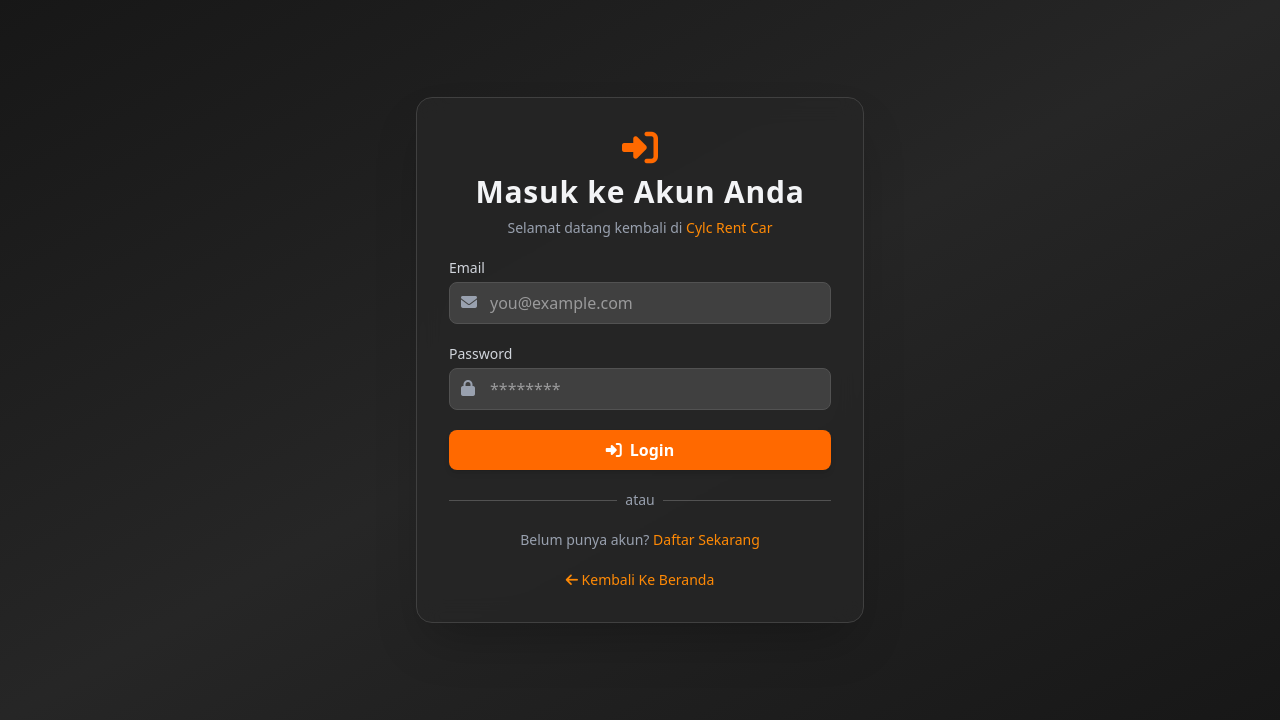
Repository: Fadlan079/FinalProject-RentalMobil
Page: http://localhost/index.php?action=login
These files come from the project's save history. The page is drawn as it stood at one moment and after the next save; the edit follows.
The browser window is 1280 px wide. The pictures show the whole page.
Some web libraries are served in a nearby version. The page is run by PHP 8.4 with error messages shown; the project is at /var/www/html/. Style sheets and scripts are compiled from the project's sources, by tool versions that may differ from the author's.

Above is the page before, as saved 2025-11-13 03:38:52.

### Public/index.php
<?php
require_once __DIR__ . '/../App/Controllers/auth-controller.php';
require_once __DIR__ . '/../App/Controllers/pelanggan-controller.php';
require_once __DIR__ . '/../App/Controllers/pegawai-controller.php';

$Authcontroller = new AUTHController;
$Pelanggancontroller = new PELANGGANController;
$Pegawaicontroller = new PEGAWAIController;

$action = $_GET['action'] ?? 'index';
$id = $_GET['id'] ?? null;

switch ($action) {

    // AUTHENTICATION
    case 'login':
        $Authcontroller->showlogin();
        break;
    case 'storelogin':
        $Authcontroller->login();
        break;
    case 'signup':
        $Authcontroller->showsignup();
        break;
    case 'storesignup':
        $Authcontroller->signup();
        break;
    case 'logout':
        $Authcontroller->logout();
        break;

    // PELANGGAN
    case 'index':
        $Pelanggancontroller->index();
        break;
    case 'store-profile-pelanggan':
        $Pelanggancontroller->Storeprofile();
        break;
    case 'detail-mobil':
        $Pelanggancontroller->detailmobil($id);
        break;
    case 'store-transaksi':
        $Pelanggancontroller->Storetransaksi();
        break;
    case 'riwayat-transaksi':
        $Pelanggancontroller->riwayatTransaksi();
        break;
    case 'updatePesanan':
        $Pelanggancontroller->updatePesanan();
        break;
    case 'deletePesanan':
        $Pelanggancontroller->deletePesanan();
        break;


    //PEGAWAI
    case 'index-pegawai':
        $Pegawaicontroller->index();
        break;

    case 'listPegawai':
        $Pegawaicontroller->listPegawai();
        break;

    case 'createPegawai':
        $Pegawaicontroller->createPegawai();
        break;

    case 'storePegawai':
        $Pegawaicontroller->storePegawai();
        break;

    // 404 Not Found
    default:
        http_response_code(404);
        include __DIR__ . '/../App/Views/errors/404.php';
        break;
    }
?>

### App/Models/user.php
<?php
require_once __DIR__ . '/../../Config/Database.php';

class User{
    private $pdo;

    public function __construct(){
        $db = new Database();
        $this->pdo = $db->getConnection();
    }

    public function Insertuser($email, $password, $jk, $role = null) {
        try {
            $hash = password_hash($password, PASSWORD_DEFAULT);

            if ($role) {
                $sql = "INSERT INTO user (email, password, jk, role) VALUES (:email, :password, :jk, :role)";
                $stmt = $this->pdo->prepare($sql);
                $stmt->bindParam(':role', $role);
            } else {
                $sql = "INSERT INTO user (email, password, jk) VALUES (:email, :password, :jk)";
                $stmt = $this->pdo->prepare($sql);
            }

            $stmt->bindParam(':email', $email);
            $stmt->bindParam(':password', $hash);
            $stmt->bindParam(':jk', $jk);

            if ($stmt->execute()) {
                // kembalikan ID user baru
                return $this->pdo->lastInsertId();
            } else {
                return false;
            }

        } catch (PDOException $e) {
            die('Gagal Menambahkan Data :' .  $e->getMessage());
        }
    }

    public function Selectuser(){
        try{
            $sql = "SELECT * FROM user";
            $data = $this->pdo->query($sql);
            return $data->fetchAll(PDO::FETCH_ASSOC);
        }catch(PDOException $e){
            die('Gagal Menampilkan Data :' .  $e->getMessage());
        }
    }

    public function getuserbyemail($email){
        try{
            $sql = "SELECT * FROM user WHERE email = :email";
            $stmt = $this->pdo->prepare($sql);
            $stmt->execute(['email' => $email]);
            return $stmt->fetch(PDO::FETCH_ASSOC);
        }catch(PDOException $e){
            die('Gagal Menampilkan Data :' .  $e->getMessage());
        }
    }

    public function Updateuser($id, $email,$jk, $role = null, $password = null ) {
    try {
        // Update dengan password baru (jika diisi)
        if ($password) {
            $hash = password_hash($password, PASSWORD_DEFAULT);
            $sql = "UPDATE user
                    SET email = :email, password = :password, jk = :jk, role = :role
                    WHERE id = :id";
            $stmt = $this->pdo->prepare($sql);
            $stmt->bindParam(':password', $hash);
        } else {
            // Jika password tidak diubah
            $sql = "UPDATE user
                    SET email = :email, jk = :jk, role = :role
                    WHERE id = :id";
            $stmt = $this->pdo->prepare($sql);
        }

        $stmt->bindParam(':email', $email);
        $stmt->bindParam(':jk', $jk);
        $stmt->bindParam(':role', $role);
        $stmt->bindParam(':id', $id, PDO::PARAM_INT);

        return $stmt->execute();
    } catch (PDOException $e) {
        die('Gagal Mengupdate Data: ' . $e->getMessage());
    }
}

public function DeleteUser($id) {
    try {
        $sql = "DELETE FROM user WHERE id = :id";
        $stmt = $this->pdo->prepare($sql);
        $stmt->bindParam(':id', $id, PDO::PARAM_INT);
        return $stmt->execute();
    } catch (PDOException $e) {
        die('Gagal Menghapus Data: ' . $e->getMessage());
    }
}

}



// $user = new User();
// $user->Insertuser('test1@gmail.com','12345');
// $data = $user->Selectuser();
// var_dump($data);

?>

### Config/Database.php
<?php
class Database {
    public $host = "localhost";
    private $db   = "fp_rentalmobil";
    private $user = "root";
    private $pass = "";
    private $pdo;

    public function __construct() {
        try {
            $dsn = "mysql:host={$this->host};dbname={$this->db}";
            $this->pdo = new PDO($dsn, $this->user, $this->pass);
            $this->pdo->setAttribute(PDO::ATTR_ERRMODE, PDO::ERRMODE_EXCEPTION);
        } catch(PDOException $e) {
            die("Koneksi gagal: " . $e->getMessage());
        }
    }
      public function getConnection() {
        return $this->pdo;
    }
}
?>

### App/Models/pelanggan.php
<?php
require_once __DIR__ . '/../../Config/Database.php';

class Pelanggan{
    private $pdo;

    public function __construct(){
        $db = new Database();
        $this->pdo = $db->getConnection();
    }

    public function Insertpelanggan($id_user,$nama,$nik,$alamat,$kelurahan,$kecamatan,$kota,$kp,$telp,$bio,$pp){
        try{
            $sql = "INSERT INTO pelanggan(id_user,nama,nik,alamat,kelurahan,kecamatan,kota,kp,telp,bio,pp) VALUES(:id_user,:nama,:nik,:alamat,:kelurahan,:kecamatan,:kota,:kp,:telp,:bio,:pp)";
            $stmt = $this->pdo->prepare($sql);
            $stmt->bindParam(':id_user',$id_user);
            $stmt->bindParam(':nama',$nama);
            $stmt->bindParam(':nik',$nik);
            $stmt->bindParam(':alamat',$alamat);
            $stmt->bindParam(':kelurahan',$kelurahan);
            $stmt->bindParam(':kecamatan',$kecamatan);
            $stmt->bindParam(':kota',$kota);
            $stmt->bindParam(':kp',$kp);
            $stmt->bindParam(':telp',$telp);
            $stmt->bindParam(':bio',$bio);
            $stmt->bindParam(':pp',$pp);
            return $stmt->execute();
        }catch(PDOException $e){
            die('Gagal Menambahkan Data :' .  $e->getMessage());
        }
    }

    public function Selectpelanggan(){
        try{
            $sql = "SELECT * FROM pelanggan";
            $stmt = $this->pdo->query($sql);
            return $stmt->fetchAll(PDO::FETCH_ASSOC);
        }catch(PDOException $e){
            die('Gagal Menampilkan Data :' .  $e->getMessage());
        }
    }

    public function getpelangganbyiduser($id_user){
        try{
            $sql = "SELECT * FROM pelanggan WHERE id_user = :id_user";
            $stmt = $this->pdo->prepare($sql);
            $stmt->execute(['id_user'=>$id_user]);
            $pelanggan = $stmt->fetch(PDO::FETCH_ASSOC);
            return $pelanggan ?: false;
        }catch(PDOException $e){
            die('Gagal Menampilkan Data Dengan ID User :' .  $e->getMessage());
        }
    }

    public function Updatepelanggan($id_user,$nama,$nik,$alamat,$kelurahan,$kecamatan,$kota,$kp,$telp,$bio,$pp){
        try{
            $sql = "UPDATE pelanggan SET nama=:nama,nik=:nik,alamat=:alamat,kelurahan=:kelurahan,kecamatan=:kecamatan,kota=:kota,kp=:kp,telp=:telp,bio=:bio,pp=:pp WHERE id_user=:id_user";
            $stmt = $this->pdo->prepare($sql);
            $stmt->bindParam(':id_user',$id_user);
            $stmt->bindParam(':nama',$nama);
            $stmt->bindParam(':nik',$nik);
            $stmt->bindParam(':alamat',$alamat);
            $stmt->bindParam(':kelurahan',$kelurahan);
            $stmt->bindParam(':kecamatan',$kecamatan);
            $stmt->bindParam(':kota',$kota);
            $stmt->bindParam(':kp',$kp);
            $stmt->bindParam(':telp',$telp);
            $stmt->bindParam(':bio',$bio);
            $stmt->bindParam(':pp',$pp);
            return $stmt->execute();
        }catch(PDOException $e){
            die('Gagal Memperbarui Data :' .  $e->getMessage());
        }
    }

    public function Deletepelanggan($id_pelanggan){
        try{
            $sql = "DELETE FROM pelanggan WHERE id_pelanggan = :id_pelanggan";
            $stmt = $this->pdo->prepare($sql);
            return $stmt->execute(['id_pelanggan' => $id_pelanggan]);
        }catch(PDOException $e){
            die('Gagal Menghapus Data :' .  $e->getMessage());
        }
    }
}

// $pelanggan = new Pelanggan();
// $pelanggan->Insertpelanggan(1,'','','','','','','','','','','');
// $pelanggan->Updatepelanggan(3,1,'Fadlan',1234,'Jl Aw Syahrani','Gunung kelua','Samarinda Ulu','Samarinda',12345,'0822100732928','testing','testing.jpg');
// $pelanggan->Deletepelanggan(2);
// $data = $pelanggan->Selectpelanggan();
// $data = $pelanggan->getpelangganbyiduser(1);
// var_dump($data);
?>

### App/Models/pegawai.php
<?php
require_once __DIR__ . '/../../Config/Database.php';

class Pegawai{
    private $pdo;

    public function __construct(){
        $db = new Database();
        $this->pdo = $db->getConnection();
    }

    public function Insertpegawai($id_user,$nama,$tmpt_lhr,$tgl_lhr,$alamat,$kel,$kec,$kota,$KP,$telp,$bio,$pp,$jabtan){
        try{
            $sql = "INSERT INTO pegawai(id_user,nama,tmpt_lhr,tgl_lhr,alamat,kel,kec,kota,KP,telp,bio,pp,jabatan) VALUES(:id_user,:nama,:tmpt_lhr,:tgl_lhr,:alamat,:kel,:kec,:kota,:KP,:telp,:bio,:pp,:jabatan)";
            $stmt = $this->pdo->prepare($sql);
            $stmt->bindParam(':id_user',$id_user);
            $stmt->bindParam(':nama',$nama);
            $stmt->bindParam(':tmpt_lhr',$tmpt_lhr);
            $stmt->bindParam(':tgl_lhr',$tgl_lhr);
            $stmt->bindParam(':alamat',$alamat);
            $stmt->bindParam(':kel',$kel);
            $stmt->bindParam(':kec',$kec);
            $stmt->bindParam(':kota',$kota);
            $stmt->bindParam(':KP',$KP);
            $stmt->bindParam(':telp',$telp);
            $stmt->bindParam(':bio',$bio);
            $stmt->bindParam(':pp',$pp);
            $stmt->bindParam(':jabatan',$jabtan);
            return $stmt->execute();
        }catch(PDOException $e){
            die('Gagal Menambahkan Data :' .  $e->getMessage());
        }
    }

    public function getPegawaiByUserId($id_user){
        try{
            $sql = "SELECT * FROM pegawai WHERE id_user = :id_user";
            $stmt = $this->pdo->prepare($sql);
            $stmt->execute(['id_user'=>$id_user]);
            $pegawai =  $stmt->fetch(PDO::FETCH_ASSOC);
            return $pegawai ?: false;
        }catch(PDOException $e){
            die('Gagal Menampilkan Data Dengan ID User :' .  $e->getMessage());
        }
    }

    public function Selectpegawai(){
        try{
            $sql = "SELECT * FROM pegawai";
            $stmt = $this->pdo->query($sql);
            return $stmt->fetchAll(PDO::FETCH_ASSOC);
        }catch(PDOException $e){
            die('Gagal Menampilkan Data :' .  $e->getMessage());
        }
    }

    public function Updatepegawai($id_user,$nama,$tmpt_lhr,$tgl_lhr,$alamat,$kel,$kec,$kab,$KP,$telp,$bio,$pp){
        try{
            $sql = "UPDATE pegawai SET nama=:nama,tmpt_lhr=:tmpt_lhr,tgl_lhr=:tgl_lhr,alamat=:alamat,kel=:kel,kec=:kec,kab=:kab,KP=:KP,telp=:telp,bio=:bio,pp=:pp WHERE id_user=:id_user";
            $stmt = $this->pdo->prepare($sql);
            $stmt->bindParam(':id_user',$id_user);
            $stmt->bindParam(':nama',$nama);
            $stmt->bindParam(':tmpt_lhr',$tmpt_lhr);
            $stmt->bindParam(':tgl_lhr',$tgl_lhr);
            $stmt->bindParam(':alamat',$alamat);
            $stmt->bindParam(':kel',$kel);
            $stmt->bindParam(':kec',$kec);
            $stmt->bindParam(':kab',$kab);
            $stmt->bindParam(':KP',$KP);
            $stmt->bindParam(':telp',$telp);
            $stmt->bindParam(':bio',$bio);
            $stmt->bindParam(':pp',$pp);
            return $stmt->execute();
        }catch(PDOException $e){
            die('Gagal Memperbarui Data :' .  $e->getMessage());
        }
    }

    public function Deletepegawai($id_pegawai){
        try{
            $sql = "DELETE FROM pegawai WHERE id_pegawai = :id_pegawai";
            $stmt = $this->pdo->prepare($sql);
            return $stmt->execute(['id_pegawai' => $id_pegawai]);
        }catch(PDOException $e){
            die('Gagal Menghapus Data :' .  $e->getMessage());
        }
    }
}

// $pegawai = new Pegawai();
// $pegawai->Insertpegawai(1,'','',Null,'','','','','','','','');
// $pegawai->Updatepegawai(1,2,'Test1','Samarinda','2008-09-11','Jl Tanah Hitam','Gunung kelua','Samarinda Ulu','Samarinda',12346,'0822100732927','','');
// $pegawai->Deletepegawai(2);
// $data = $pegawai->Selectpegawai();
// var_dump($data);
?>

### App/Middleware/middleware.php
<?php
class Middleware{
    public static function requirelogin(){
        if (session_status() === PHP_SESSION_NONE) {
            session_start();
        }

        if (!isset($_SESSION['user'])) {
            header("Location: index.php?action=login");
            exit;
        }
    }

    public static function requireloginOptional(){
        if (session_status() === PHP_SESSION_NONE) {
            session_start();
        }

        return isset($_SESSION['user']);
    }

    public static function requirerole($role){
        self::requirelogin();
        if ($_SESSION['user']['role'] !== $role) {
            header("Location: index.php?action=index");
            exit;
        }
    }
}
?>

### App/Controllers/pegawai-controller.php
<?php
require_once __DIR__ . '/../Models/pegawai.php';
require_once __DIR__ . '/../Models/mobil.php';
require_once __DIR__ . '/../Middleware/middleware.php';

class PEGAWAIController {
    private $model;
    private $mobilmodel;

    public function __construct() {
        $this->model = new Pegawai();
        $this->mobilmodel = new Mobil();
    }

    public function index() {
        Middleware::requirerole('pegawai');
        $this->mobilmodel->getallmobil();
        include __DIR__ . '/../Views/Pegawai/index.php';
    }

    public function storeProfile() {
        Middleware::requirerole(['admin', 'cs']);

        $id_user = $_SESSION['user']['id_user'];
        $dataLama = $this->model->getpegawaibyiduser($id_user);

        if (empty($_POST['nama'])) {
            $_SESSION['error'] = 'Nama tidak boleh kosong!';
            header("Location: index.php?action=profile-pegawai");
            exit;
        }

        $fotoBaru = $dataLama['pp'];
        if (isset($_FILES['pp']) && $_FILES['pp']['error'] === UPLOAD_ERR_OK) {
            $tmpName = $_FILES['pp']['tmp_name'];
            $fileName = basename($_FILES['pp']['name']);
            $fileExt = strtolower(pathinfo($fileName, PATHINFO_EXTENSION));
            $allowed = ['jpg', 'jpeg', 'png', 'webp', 'svg'];

            if (in_array($fileExt, $allowed)) {
                $newName = 'pp_' . uniqid() . '.' . $fileExt;
                $uploadDir = __DIR__ . '/../../Public/uploads/';
                $uploadPath = $uploadDir . $newName;

                if (move_uploaded_file($tmpName, $uploadPath)) {
                    if (!empty($dataLama['pp']) && $dataLama['pp'] !== 'default.svg') {
                        $oldPath = $uploadDir . $dataLama['pp'];
                        if (file_exists($oldPath)) unlink($oldPath);
                    }
                    $fotoBaru = $newName;
                }
            }
        }

        $this->model->Updatepegawai(
            $id_user,
            $_POST['nama'],
            $_POST['tmpt_lhr'],
            !empty($_POST['tgl_lhr']) ? $_POST['tgl_lhr'] : null,
            $_POST['alamat'],
            $_POST['kelurahan'],
            $_POST['kecamatan'],
            $_POST['kabupaten'],
            $_POST['kp'],
            $_POST['telp'],
            $_POST['bio'],
            $fotoBaru
        );

        $_SESSION['success'] = 'Profil berhasil diperbarui.';
        header("Location: index.php?action=profile-pegawai");
        exit;
    }

    // ==========================
    // 🧾 CRUD PEGAWAI (Admin)
    // ==========================
    public function listPegawai()
{
        // Middleware::requireRole(['admin']); // hanya admin boleh lihat

        $pegawaiModel = new Pegawai(); // panggil model
        $pegawaiList = $this->model->Selectuser();  // ambil semua data pegawai
         require_once __DIR__ . '/../../App/Models/createuser.php';
}


    public function createPegawai() {
        // Middleware::requirerole(['admin']);
        if ($_SERVER['REQUEST_METHOD'] === 'POST') {
            $this->model->Insertuser($_POST['nama'], $_POST['kelas']);
            header("Location: index.php");
        }

        require_once __DIR__ . '/../../App/Models/createuser.php';
    }

    public function storePegawai() {
        // Middleware::requirerole(['admin']);

        $username = trim($_POST['email']);
        $password = trim($_POST['password']);
        $role = trim($_POST['role']);

        if (empty($email) || empty($password) || empty($role)) {
            $_SESSION['error'] = 'Semua field wajib diisi!';
            header("Location: index.php?action=createPegawai");
            exit;
        }

        $hashed = password_hash($password, PASSWORD_DEFAULT);
        $this->model->Insertuser($email, $hashed, $role);

        $_SESSION['success'] = 'Pegawai berhasil ditambahkan.';
        header("Location: index.php?action=listPegawai");
        exit;
    }

    public function editPegawai() {
        // Middleware::requirerole(['admin']);
        $id = $_GET['id'] ?? null;
        $data = $this->model->Selectuser($id);
        require_once __DIR__ . '/../../App/Models/createuser.php';
    }

    public function deletePegawai() {
        // Middleware::requirerole(['admin']);
        $id = $_GET['id'] ?? null;
        $this->model->Deleteuser($id);
        $_SESSION['success'] = 'Pegawai berhasil dihapus.';
        header("Location: index.php?action=listPegawai");
        exit;
    }
}
?>

### App/Views/Auth/login.php
<?php if (isset($_SESSION['error'])): ?>
  <div class="bg-red-600 text-white p-2 rounded mb-3 text-center">
    <?= $_SESSION['error']; ?>
  </div>
  <?php unset($_SESSION['error']); ?>
<?php endif; ?>

<?php if (isset($_SESSION['success'])): ?>
  <div class="bg-green-600 text-white p-2 rounded mb-3 text-center">
    <?= $_SESSION['success']; ?>
  </div>
  <?php unset($_SESSION['success']); ?>
<?php endif; ?>

<!DOCTYPE html>
<html lang="id">
<head>
  <meta charset="UTF-8">
  <meta name="viewport" content="width=device-width, initial-scale=1.0">
  <title>Login - Cylc Rent Car</title>
  <link rel="stylesheet" href="output.css">
  <link rel="stylesheet" href="https://cdnjs.cloudflare.com/ajax/libs/font-awesome/6.6.0/css/all.min.css">
</head>
<body class="min-h-screen bg-gradient-to-br from-neutral-900 via-neutral-800 to-neutral-900 flex items-center justify-center text-gray-100">

  <form action="index.php?action=storelogin" method="post"
        class="w-full max-w-md p-8 rounded-2xl bg-neutral-800/80 backdrop-blur-md shadow-2xl space-y-5 border border-neutral-700">

    <div class="text-center space-y-2">
      <i class="fa-solid fa-right-to-bracket text-4xl text-orange-500"></i>
      <h2 class="text-3xl font-bold tracking-wide">Masuk ke Akun Anda</h2>
      <p class="text-sm text-gray-400">Selamat datang kembali di <span class="text-orange-400 font-medium">Cylc Rent Car</span></p>
    </div>

    <div>
      <label class="block mb-1 text-sm font-medium text-gray-300">Email</label>
      <div class="relative">
        <i class="fa-solid fa-envelope absolute left-3 top-3 text-gray-400"></i>
        <input name="email" type="email" placeholder="you@example.com" required
               class="w-full pl-10 pr-3 py-2 rounded-lg bg-neutral-700 border border-neutral-600 text-gray-100 focus:outline-none focus:ring-2 focus:ring-orange-500 transition">
      </div>
    </div>

    <div>
      <label class="block mb-1 text-sm font-medium text-gray-300">Password</label>
      <div class="relative">
        <i class="fa-solid fa-lock absolute left-3 top-3 text-gray-400"></i>
        <input name="password" type="password" placeholder="********" required
               class="w-full pl-10 pr-3 py-2 rounded-lg bg-neutral-700 border border-neutral-600 text-gray-100 focus:outline-none focus:ring-2 focus:ring-orange-500 transition">
      </div>
    </div>

    <button type="submit"
            class="w-full flex items-center justify-center gap-2 bg-orange-500 hover:bg-orange-600 text-white font-semibold py-2 rounded-lg shadow-md transition duration-300">
      <i class="fa-solid fa-right-to-bracket"></i> Login
    </button>

    <div class="flex items-center gap-2">
      <hr class="flex-grow border-neutral-600">
      <span class="text-gray-400 text-sm">atau</span>
      <hr class="flex-grow border-neutral-600">
    </div>

    <p class="text-center text-sm text-gray-400">
      Belum punya akun?
      <a href="index.php?action=signup"
         class="text-orange-400 hover:text-orange-300 font-medium transition">
         Daftar Sekarang
      </a>
    </p>

      <a href="index.php?action=index"
         class="block text-orange-400 hover:text-orange-300 text-center text-sm font-medium transition">
         <i class="fa-solid fa-arrow-left"></i> Kembali Ke Beranda
      </a>
  </form>

</body>
</html>

Loaded but not shown: src/input.css (common file); App/Models/mobil.php (339 lines, source omitted); App/Controllers/pelanggan-controller.php (265 lines, source omitted); App/Models/transaksi.php (162 lines, source omitted); App/Controllers/auth-controller.php (179 lines, source omitted)

After the next save:
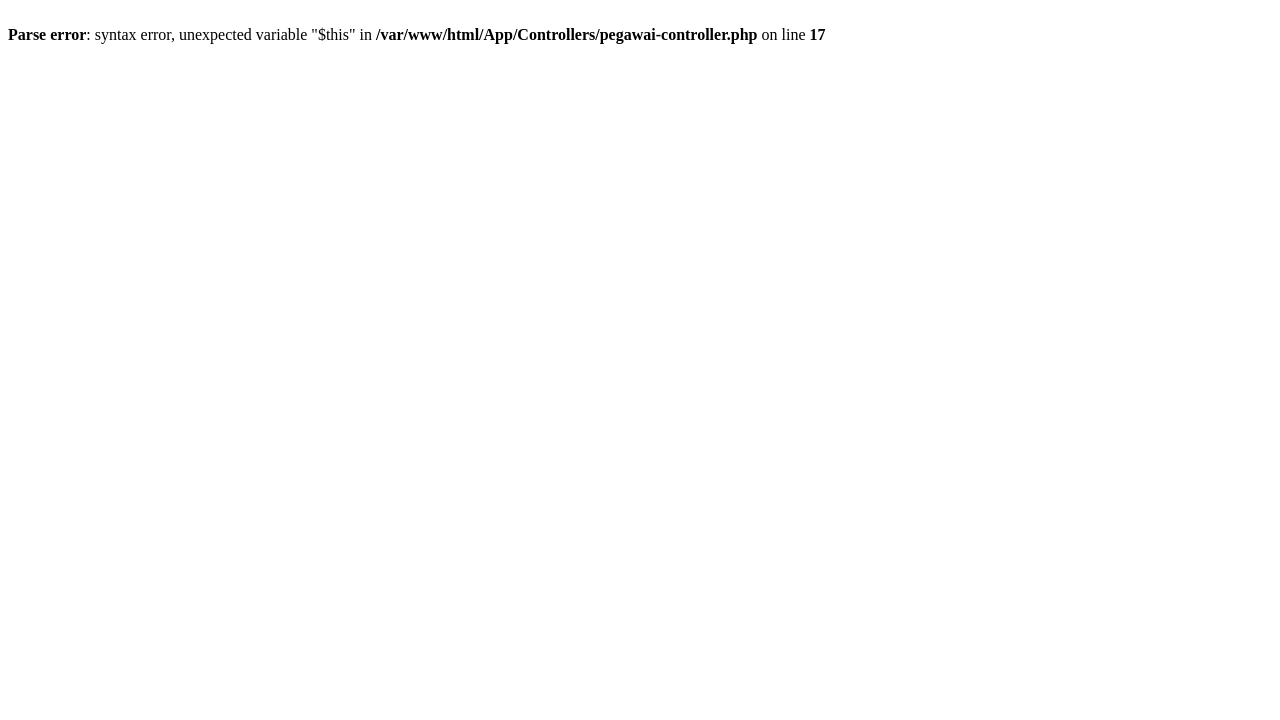
Saved 15 s later.
--- a/App/Controllers/pegawai-controller.php
+++ b/App/Controllers/pegawai-controller.php
@@ -14,7 +14,7 @@
 
     public function index() {
         Middleware::requirerole('pegawai');
-        $this->mobilmodel->getallmobil();
+        data$this->mobilmodel->getallmobil();
         include __DIR__ . '/../Views/Pegawai/index.php';
     }
 
